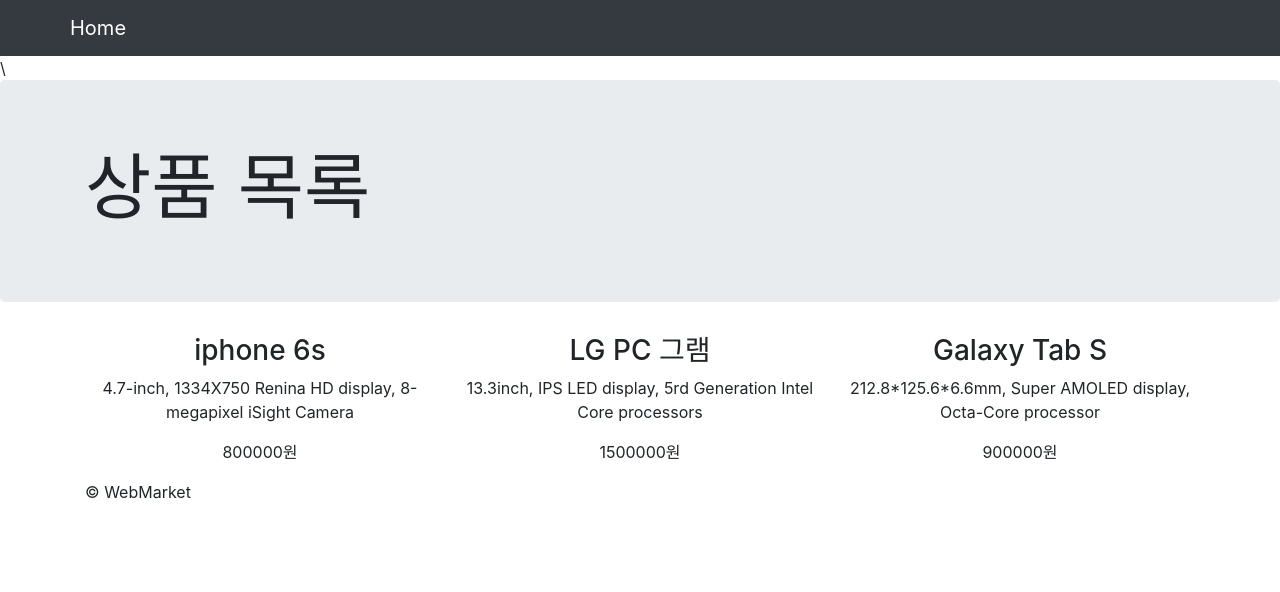
Repository: gitujin/JSP_WEBMARKET
Page: http://localhost/WebMarket/products.jsp
The author's editor kept a copy of each file at every save. The page is drawn from the files as they stood at one save, then again after the next save.
The browser window is 1280 px wide. The pictures show the whole page.
The page is served by Tomcat 9.

Above is the page before, as saved 2022-03-15 06:18:47.

### WebMarket/Webcontent/products.jsp
<%@ page contentType="text/html; charset=utf-8" %>
<%@ page import="java.util.ArrayList"%>
<%@ page import="dto.Product"%>
<jsp:useBean id="productDAO" class="dao.ProductRepository" scope="session"/>
<html>
<head>
<link rel="stylesheet" href="http://maxcdn.bootstrapcdn.com/bootstrap/4.4.1/css/bootstrap.min.css">
<title>상품 목록</title>
</head>
<body>
	<jsp:include page="menu.jsp" />
	<div class="jumbotron">
		<div class ="container">
			<h1 class="display-3">상품 목록</h1>
		</div>
	</div>
	<%
		ArrayList<Product> listOfProducts = productDAO.getAllProducts();
	%>
	<div class="container">
		<div class="row" align="center">
			<%
				for(int i = 0; i < listOfProducts.size(); i++){
					Product product = listOfProducts.get(i);
			%>
			<div class="col-md-4">
				<h3><%=product.getPname()%></h3>
				<p><%=product.getDescription()%>
				<p><%=product.getUnitPrice()%>원
			</div>
			<%
				}
			%>
		</div>
	</div>
	<jsp:include page="footer.jsp" />
</body>
</html>

### WebMarket/Webcontent/menu.jsp
<nav class = "navbar navbar-expand navbar-dark bg-dark">
	<div class = "container">
		<div class = "navbar-header">
			<a class = "navbar-brand" href="./welcome.jsp">Home</a>
		</div>
	</div>
</nav>\

### WebMarket/Webcontent/footer.jsp
<footer class = "container">
	<p>&copy; WebMarket</p>
</footer>

### WebMarket/src/main/java/dao/ProductRepository.java
package dao;

import java.util.ArrayList;

import dto.Product;

public class ProductRepository {
	private ArrayList<Product> listOfProducts = new ArrayList<Product>();

	public ProductRepository() {
		Product phone = new Product("P1234", "iphone 6s", 800000);
		phone.setDescription("4.7-inch, 1334X750 Renina HD display, 8-megapixel iSight Camera");
		phone.setCategory("Smart Phone");
		phone.setManufacturer("Apple");
		phone.setUnitsInStock(1000);
		phone.setCondition("New");

		Product notebook = new Product("P1235", "LG PC 그램", 1500000);
		notebook.setDescription("13.3inch, IPS LED display, 5rd Generation Intel Core processors");
		notebook.setCategory("Notebook");
		notebook.setManufacturer("LG");
		notebook.setUnitsInStock(1000);
		notebook.setCondition("Refurbished");

		Product tablet = new Product("P1236", "Galaxy Tab S", 900000);
		tablet.setDescription("212.8*125.6*6.6mm, Super AMOLED display, Octa-Core processor");
		tablet.setCategory("Tablet");
		tablet.setManufacturer("Samsung");
		tablet.setUnitsInStock(1000);
		tablet.setCondition("Old");

		listOfProducts.add(phone);
		listOfProducts.add(notebook);
		listOfProducts.add(tablet);
	}

	public ArrayList<Product> getAllProducts(){
		return listOfProducts;
	}
}

### WebMarket/src/main/java/dto/Product.java
package dto;

import java.io.Serializable;

public class Product implements Serializable{

	private static final long serialVersionUID = -4274700572038677000L;

	private String productId; //상품 아이디
	private String pname; //상품명
	private Integer unitPrice; //상품 가격
	private String description; //상품 설명
	private String manufacturer; // 제조사
	private String category; // 분류
	private long unitsInStock; //재고수
	private String condition; // 신상품 or 중고품 or 재생품

	public Product() {
		super();
	}

	public Product(String productId, String pname, Integer unitPrice) {
		super();
		this.productId = productId;
		this.pname = pname;
		this.unitPrice = unitPrice;
	}

	public String getProductId() {
		return productId;
	}

	public void setProductId(String productId) {
		this.productId = productId;
	}

	public String getPname() {
		return pname;
	}

	public void setPname(String pname) {
		this.pname = pname;
	}

	public Integer getUnitPrice() {
		return unitPrice;
	}

	public void setUnitPrice(Integer unitPrice) {
		this.unitPrice = unitPrice;
	}

	public String getDescription() {
		return description;
	}

	public void setDescription(String description) {
		this.description = description;
	}

	public String getManufacturer() {
		return manufacturer;
	}

	public void setManufacturer(String manufacturer) {
		this.manufacturer = manufacturer;
	}

	public String getCategory() {
		return category;
	}

	public void setCategory(String category) {
		this.category = category;
	}

	public long getUnitsInStock() {
		return unitsInStock;
	}

	public void setUnitsInStock(long unitsInStock) {
		this.unitsInStock = unitsInStock;
	}

	public String getCondition() {
		return condition;
	}

	public void setCondition(String condition) {
		this.condition = condition;
	}


}

After the next save:
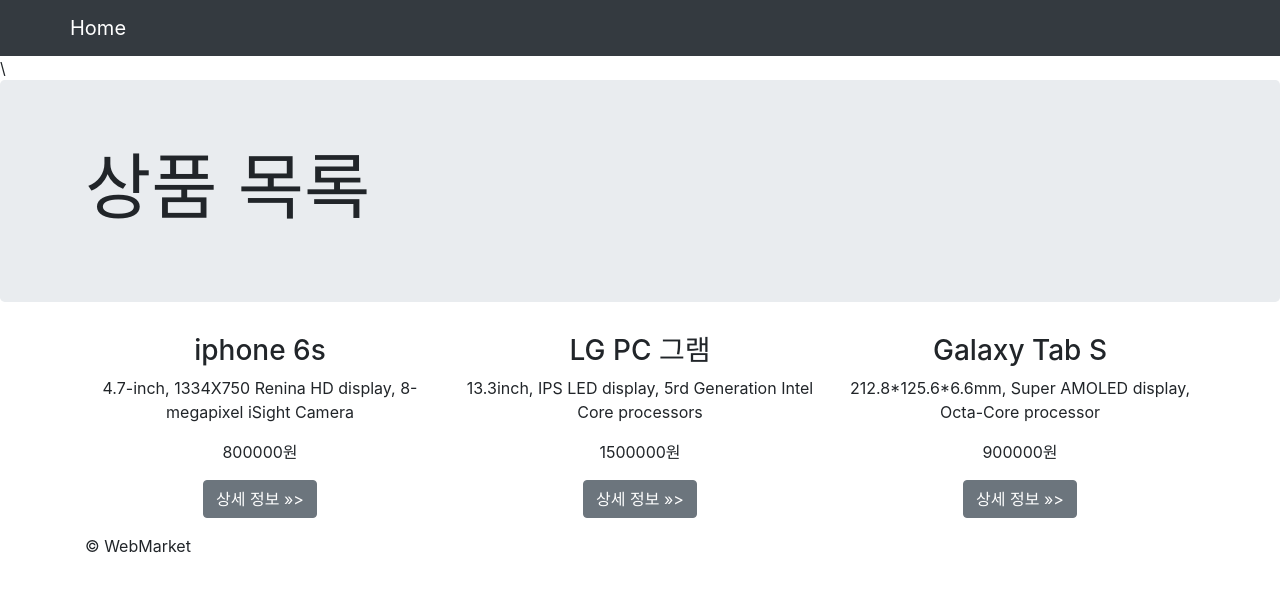
Saved 1 s later.
--- a/WebMarket/Webcontent/products.jsp
+++ b/WebMarket/Webcontent/products.jsp
@@ -27,6 +27,8 @@
 				<h3><%=product.getPname()%></h3>
 				<p><%=product.getDescription()%>
 				<p><%=product.getUnitPrice()%>원
+				<p><a href="./product.jsp?id=<%=product.getProductId()%>"
+				class="btn btn-secondary" role = "button"> 상세 정보 &raquo;></a>
 			</div>
 			<%
 				}
